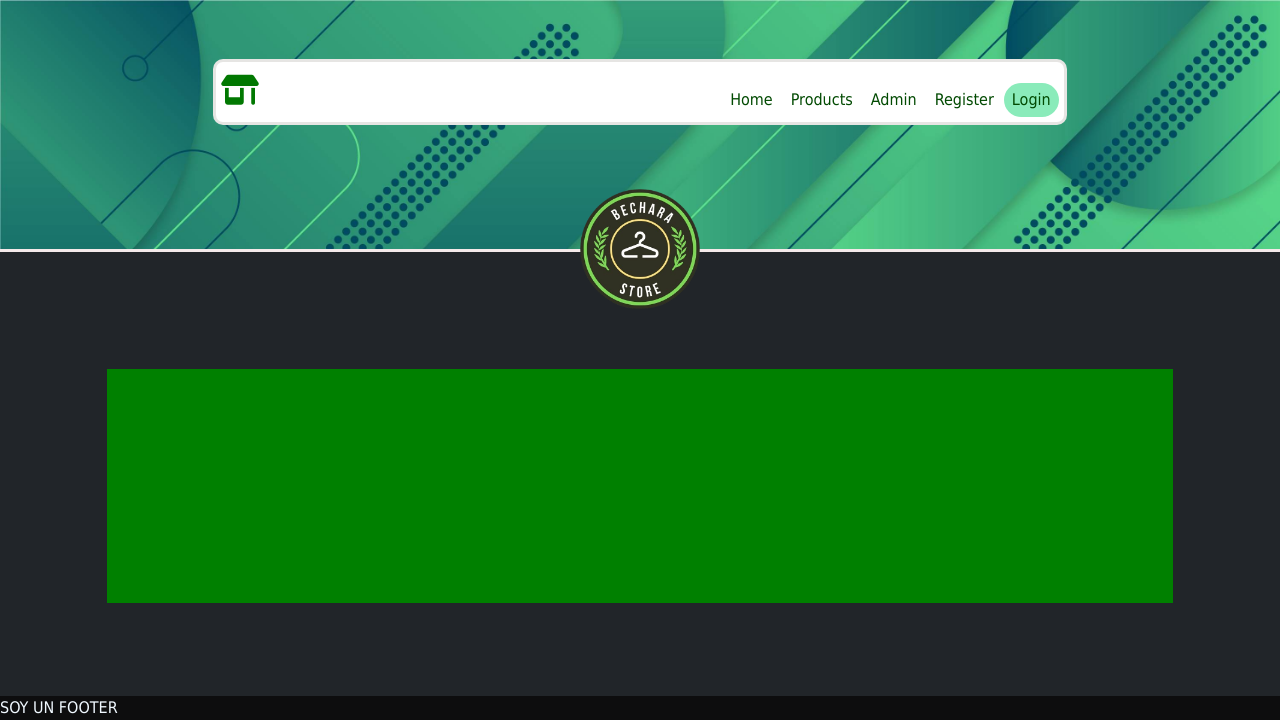
Repository: bechara611/becharastore
Page: /auth
These files come from the project's save history. The page is drawn as it stood at one moment and after the next save; the edit follows.
The browser window is 1280 px wide. The pictures show the whole page.
The project was rebuilt for these pictures with package versions that can differ from the ones it lists, and the page was loaded fresh each time. Also part of the build but not shown: src/Auth/components/Register.jsx.

Above is the page before, as saved 2023-01-27 15:24:25.

After the next save:
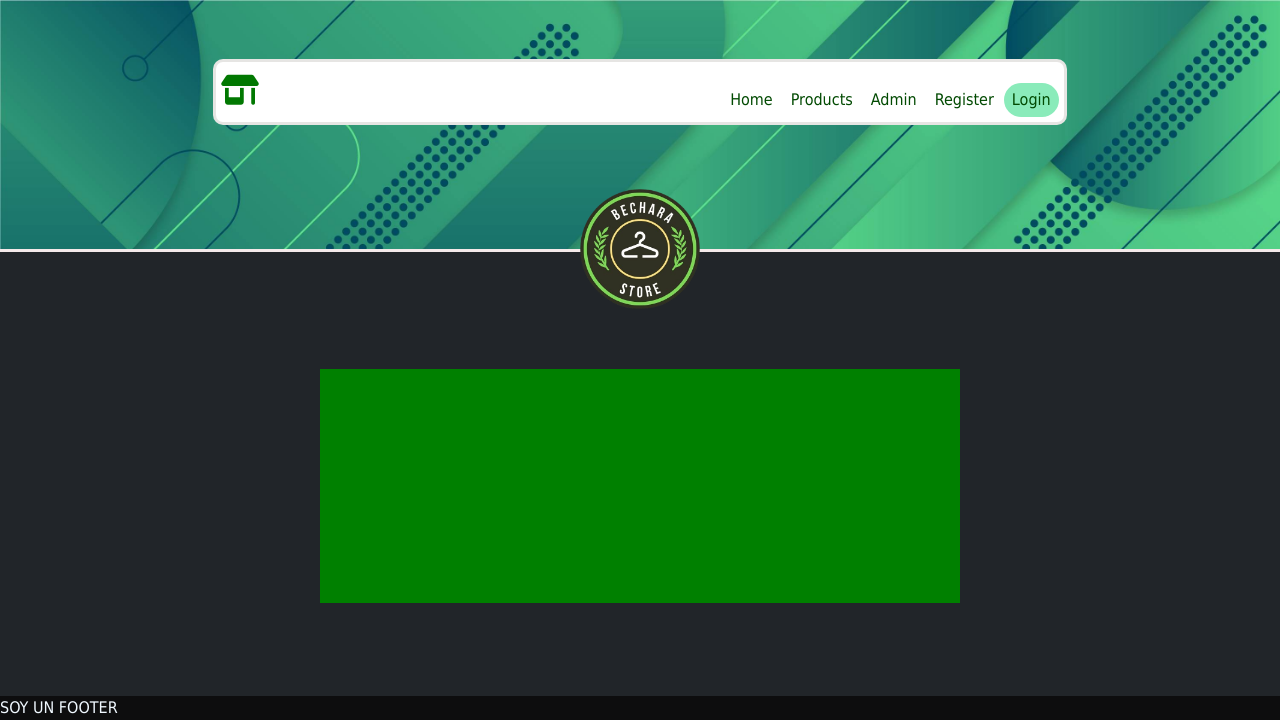
Saved 12 s later.
--- a/src/Auth/components/Login.jsx
+++ b/src/Auth/components/Login.jsx
@@ -4,7 +4,7 @@
   return (
     <>
     <div className="contenedor-login col-12">
-    <div className="col-10 contenedor-form">
+    <div className="col-10 col-sm-8 col-md-6 contenedor-form">
 
 
     </div>
